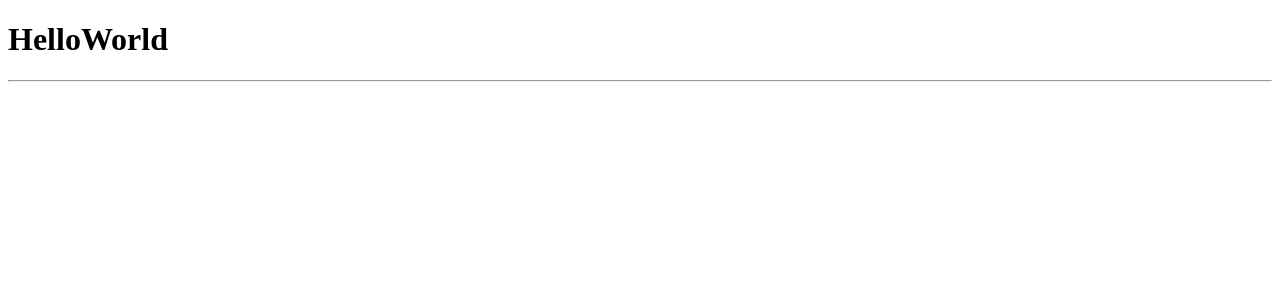
Repository: 13982720426/vue2.0-LearningNotes
Page: example/helloworld.html
These files come from the project's save history. The page is drawn as it stood at one moment and after the next save; the edit follows.
The browser window is 1280 px wide. The pictures show the whole page.

Above is the page before, as saved 2021-06-16 20:18:37.

After the next save:
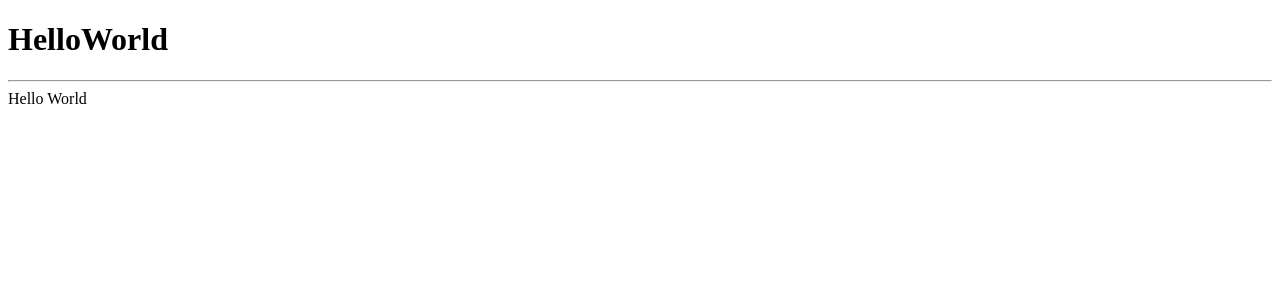
Saved 52 s later.
--- a/example/helloworld.html
+++ b/example/helloworld.html
@@ -10,7 +10,7 @@
   <body>
     <h1>HelloWorld</h1>
     <hr />
-    <div id="app"></div>
+    <div id="app">{{message}}</div>
     <script type="text/javascript">
       var app = new Vue({
         el: '#app',
